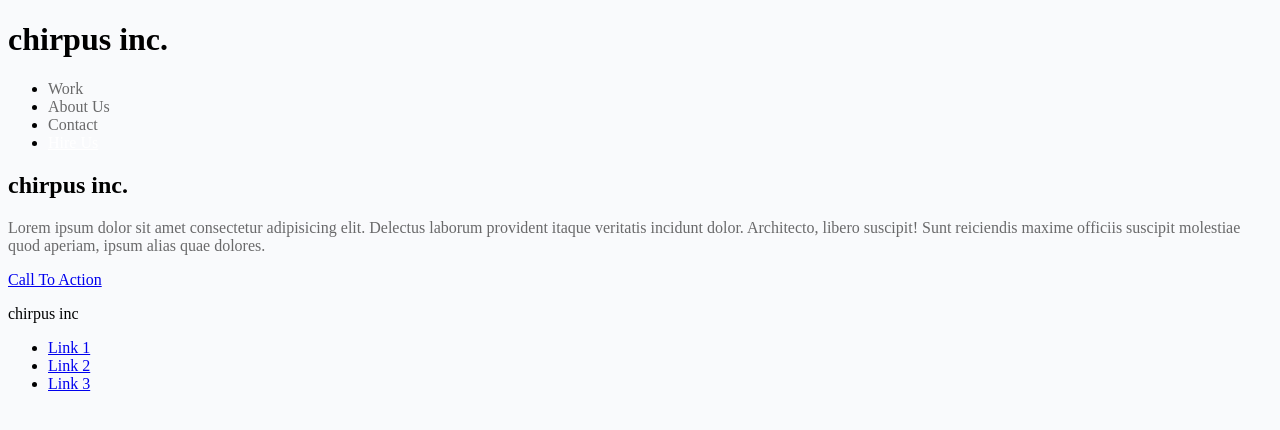
Repository: sudhasew/HTML-CSS-LAB
Page: index.html
These files come from the project's save history. The page is drawn as it stood at one moment and after the next save; the edit follows.
The browser window is 1280 px wide. The pictures show the whole page.

Above is the page before, as saved 2021-09-28 07:05:21.

### index.html
<!DOCTYPE html>
<html lang="en">
	<head>
		<meta charset="UTF-8" />
		<meta http-equiv="X-UA-Compatible" content="IE=edge" />
		<meta name="viewport" content="width=device-width, initial-scale=1.0" />
		<title>Lab 1</title>
		<link rel="stylesheet" href="style.css" />
        <link href="https://fonts.googleapis.com/css?family=Open+Sans:400,600,300" rel="stylesheet" type="text/css">
	</head>
	<body>
		<header>
			<h1>chirpus inc.</h1>
			<nav>
				<ul>
					<li>
						<a class="work" href="#">Work</a>
					</li>
					<li>
						<a class="aboutus" href="#">About Us</a>
					</li>
					<li>
						<a class="contact" href="#">Contact</a>
					</li>
					<li>
						<a class="hireus" href="#">Hire Us</a>
					</li>
				</ul>
			</nav>
		</header>
		<main>
			<section>
				<h2>chirpus inc.</h2>
				<p class="descr">
					Lorem ipsum dolor sit amet consectetur adipisicing elit. Delectus
					laborum provident itaque veritatis incidunt dolor. Architecto, libero
					suscipit! Sunt reiciendis maxime officiis suscipit molestiae quod
					aperiam, ipsum alias quae dolores.
				</p>
				<a href="#">Call To Action</a>
			</section>
		</main>
		<footer>
			<p>chirpus inc</p>
			<nav>
				<ul>
					<li>
						<a href="#">Link 1</a>
					</li>
					<li>
						<a href="#">Link 2</a>
					</li>
					<li>
						<a href="#">Link 3</a>
					</li>
				</ul>
			</nav>
		</footer>
	</body>
</html>

### style.css
 @import url('https://fonts.googleapis.com/css?family=Open+Sans');
 body{
     background-color: #f9fafc;
     color: #000;
 }
 .work,.aboutus,.contact{
     color:#69696a;
     text-decoration: none;
 }
 .descr{
     color:#69696a;
 }
 .hireus{
     color:#FFF;
 }

After the next save:
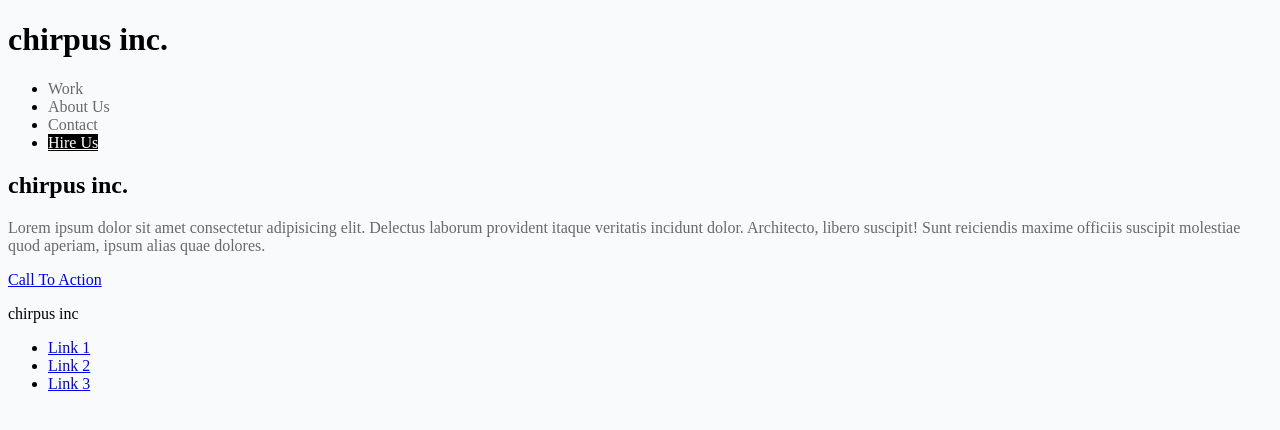
Saved 22 s later.
--- a/style.css
+++ b/style.css
@@ -12,4 +12,5 @@
  }
  .hireus{
      color:#FFF;
+     background-color: black;
  }
